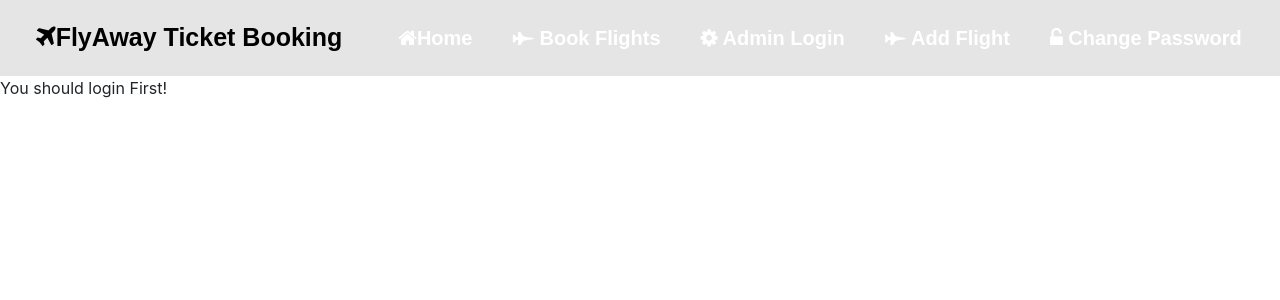
Repository: sayrabano/Phase2-project
Page: http://localhost/FlyAway/adminDashboard.jsp
The author's editor kept a copy of each file at every save. The page is drawn from the files as they stood at one save, then again after the next save.
The browser window is 1280 px wide. The pictures show the whole page.
Some web fonts or font styles are not loaded; a fallback is used. The page is served by Tomcat 9.

Above is the page before, as saved 2021-09-25 10:45:01.

After the next save:
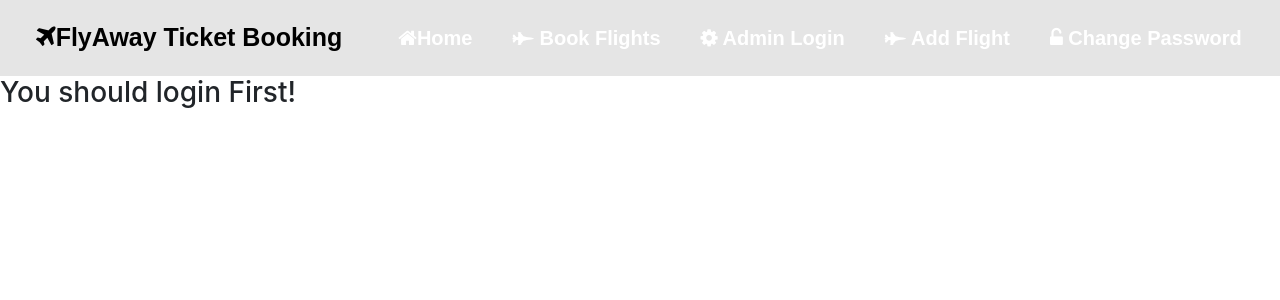
Saved 4 min 31 s later.
--- a/FlyAway/src/main/webapp/adminDashboard.jsp
+++ b/FlyAway/src/main/webapp/adminDashboard.jsp
@@ -157,7 +157,7 @@
 }
 
 else{
-	out.print("You should login First!");
+	out.print("<h3>You should login First!</h3>");
 }
 						%>
 					</tbody>
